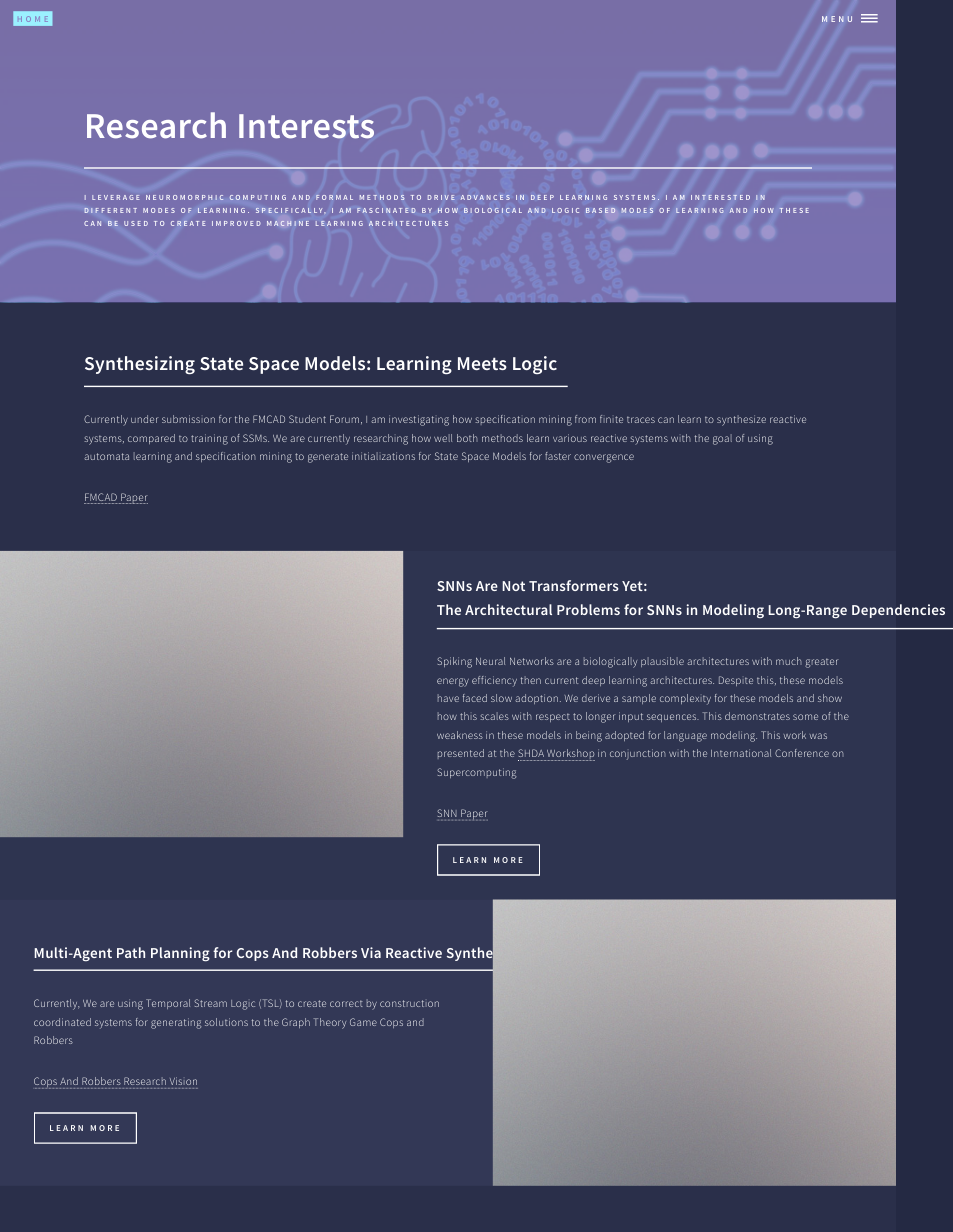
Repository: wfishell/wfishell.github.io
Page: landing.html
These files come from the project's save history. The page is drawn as it stood at one moment and after the next save; the edit follows.
The browser window is 1280 px wide. The page is 1362 px wide, so the pictures cover 1362 px, including what lies to the right of the window. The pictures show the part of the page from y = 0 to 1760 px (the page is 2798 px tall), at 70% of full size.

Above is the page before, as saved 2025-11-01 17:02:07.

### landing.html
<!DOCTYPE HTML>
<!--
	Forty by HTML5 UP
	html5up.net | @ajlkn
	Free for personal and commercial use under the CCA 3.0 license (html5up.net/license)
-->
<html>
	<head>
		<title>Researchs</title>
		<meta charset="utf-8" />
		<meta name="viewport" content="width=device-width, initial-scale=1, user-scalable=no" />
		<link rel="stylesheet" href="assets/css/main.css" />
		<noscript><link rel="stylesheet" href="assets/css/noscript.css" /></noscript>
	</head>
	<body class="is-preload">

		<!-- Wrapper -->
			<div id="wrapper">

				<!-- Header -->
				<!-- Note: The "styleN" class below should match that of the banner element. -->
					<header id="header" class="alt style2">
						<a href="index.html" class="logo"><strong>Home</strong></a>
						<nav>
							<a href="#menu">Menu</a>
						</nav>
					</header>

				<!-- Menu -->
					<nav id="menu">
						<ul class="links">
							<li><a href="index.html">Home</a></li>
							<li><a href="landing.html">Research</a></li>
							<li><a href="generic.html">Projects</a></li>
							<li><a href="elements.html">Music & Other Interests</a></li>
						</ul>
						<ul class="actions stacked">
							<li><a href="#" class="button primary fit">Get Started</a></li>
							<li><a href="#" class="button fit">Log In</a></li>
						</ul>
					</nav>

				<!-- Banner -->
				<!-- Note: The "styleN" class below should match that of the header element. -->
					<section id="banner" class="style2">
						<div class="inner">
							<span class="image">
								  <img src="./Attachments/Neuromorphic.png" alt="Neuromorphic research" />
								</span>
							<header class="major">
								<h1>Research Interests</h1>

							</header>
							<div class="content">
								<p>I leverage neuromorphic computing and formal methods to drive advances in deep learning systems. I am interested in different modes of learning. Specifically, I am fascinated by how biological and logic based modes of learning and how these can be used
								to create improved machine learning architectures</p>
							</div>
						</div>
					</section>

				<!-- Main -->
					<div id="main">

						<!-- One -->
							<section id="one">
								<div class="inner">
									<header class="major">
										<h2>Synthesizing State Space Models: Learning Meets Logic</h2>
									</header>
									<p>Currently under submission for the FMCAD Student Forum, I am investigating how specification mining from finite traces can learn to synthesize reactive systems, compared to training of SSMs.
										We are currently researching how well both methods learn various reactive systems with the goal of using automata learning and specification mining to generate initializations for State
										Space Models for faster convergence</p>

									 <p>
									      <a href="./Attachments/FMCAD_2025_paper_100.pdf" target="_blank" download>FMCAD Paper</a>
									</p>
								</div>
							</section>

						<!-- Two -->
							<section id="two" class="spotlights">
								<section>
									<a href="#" class="image">
										<img src="images/pic01.jpg" alt="" data-position="top center" />
									</a>
									<div class="content">
										<div class="inner">
											<header class="major">
												<h3>SNNs Are Not Transformers Yet:<br> The Architectural Problems for SNNs in Modeling Long-Range Dependencies</h3>

											</header>
											<p>Spiking Neural Networks are a biologically plausible architectures with much greater energy efficiency then current deep learning architectures. Despite this,
											these models have faced slow adoption. We derive a sample complexity for these models and show how this scales with respect
											to longer input sequences. This demonstrates some of the weakness in these models in being adopted for language modeling. This work was presented at the
											<a href="https://shda-workshop.github.io/" target="_blank" rel="noopener">SHDA Workshop</a> in conjunction with the International Conference on Supercomputing </p>

											<p>
											      <a href="./Attachments/SNNs_Are_Not_Transformers__Yet.pdf" target="_blank" download>SNN Paper</a>
											</p>
											<ul class="actions">
												<li><a href="generic.html" class="button">Learn more</a></li>
											</ul>
										</div>
									</div>
								</section>
								<section>
									<a href="#" class="image">
										<img src="images/pic01.jpg" alt="" data-position="top center" />
									</a>
									<div class="content">
										<div class="inner">
											<header class="major">
												<h3>Multi-Agent Path Planning for Cops And Robbers Via Reactive Synthesis</h3>
											</header>
											<p>Currently, We are using Temporal Stream Logic (TSL) to create correct by construction coordinated systems for generating solutions to the Graph Theory Game Cops and Robbers</p>
											<p>
											<a href="./Attachments/CopsAndRobbers_ResearchVision.pdf" target="_blank" download>Cops And Robbers Research Vision</a>
											</p>
											<ul class="actions">
												<li><a href="generic.html" class="button">Learn more</a></li>
											</ul>
										</div>
									</div>
								</section>

							</section>

							<section id="three">
								<div class="inner">
									<header class="major">
										<h2>Getting in Contact!</h2>
									</header>
									<p>If you are interested in collaberating on research in the Neuromorphic Computing or Formal Methods world, please reach out! I am applying for PhDs and Full time positions starting in after the 2025-2026 academic year. My resume is available upon request. If you would like to message me, please reach out via Linkedin or via email. Subject line emails "Interested in Connecting, Found Your Website"</p>
									<ul class="actions">
										<li><a href="generic.html" class="button next">Get Started</a></li>
									</ul>
								</div>
							</section>

					</div>

				<!-- Contact -->
					<section id="contact">
						<div class="inner">
							<section>
								<form method="post" action="#">
									<div class="fields">
										<div class="field half">
											<label for="name">Name</label>
											<input type="text" name="name" id="name" />
										</div>
										<div class="field half">
											<label for="email">Email</label>
											<input type="text" name="email" id="email" />
										</div>
										<div class="field">
											<label for="message">Message</label>
											<textarea name="message" id="message" rows="6"></textarea>
										</div>
									</div>
									<ul class="actions">
										<li><input type="submit" value="Send Message" class="primary" /></li>
										<li><input type="reset" value="Clear" /></li>
									</ul>
								</form>
							</section>
							<section class="split">
								<section>
									<div class="contact-method">
										<span class="icon solid alt fa-envelope"></span>
										<h3>Email</h3>
										<a href="mailto:wf2322@columbia.edu">wf2322@columbia.edu</a>

									</div>
								</section>
								<section>
									<div class="contact-method">
										<span class="icon solid alt fa-phone"></span>
										<h3>LinkedIn</h3>
										<a href="https://www.linkedin.com/in/will-fishell-866575167/" target="_blank" rel="noopener">William Fishell Linkedin</a>
									</div>
								</section>

							</section>
						</div>
					</section>

				<!-- Footer -->
					<footer id="footer">
						<div class="inner">
							<ul class="icons">
								<li><a href="https://github.com/wfishell" class="icon brands alt fa-github"><span class="label">GitHub</span></a></li>
							</ul>
							<ul class="copyright">
								<li>&copy; Untitled</li><li>Design: <a href="https://html5up.net">HTML5 UP</a></li>
							</ul>
						</div>
					</footer>

			</div>

		<!-- Scripts -->
			<script src="assets/js/jquery.min.js"></script>
			<script src="assets/js/jquery.scrolly.min.js"></script>
			<script src="assets/js/jquery.scrollex.min.js"></script>
			<script src="assets/js/browser.min.js"></script>
			<script src="assets/js/breakpoints.min.js"></script>
			<script src="assets/js/util.js"></script>
			<script src="assets/js/main.js"></script>

	</body>
</html>

Loaded but not shown: assets/js/jquery.min.js (library); assets/js/jquery.scrolly.min.js (common file); assets/css/fontawesome-all.min.css (library); assets/js/jquery.scrollex.min.js (common file); assets/js/browser.min.js (common file); assets/js/breakpoints.min.js (common file); assets/js/util.js (587 lines, source omitted); assets/js/main.js (335 lines, source omitted); assets/css/main.css (3969 lines, source omitted)

After the next save:
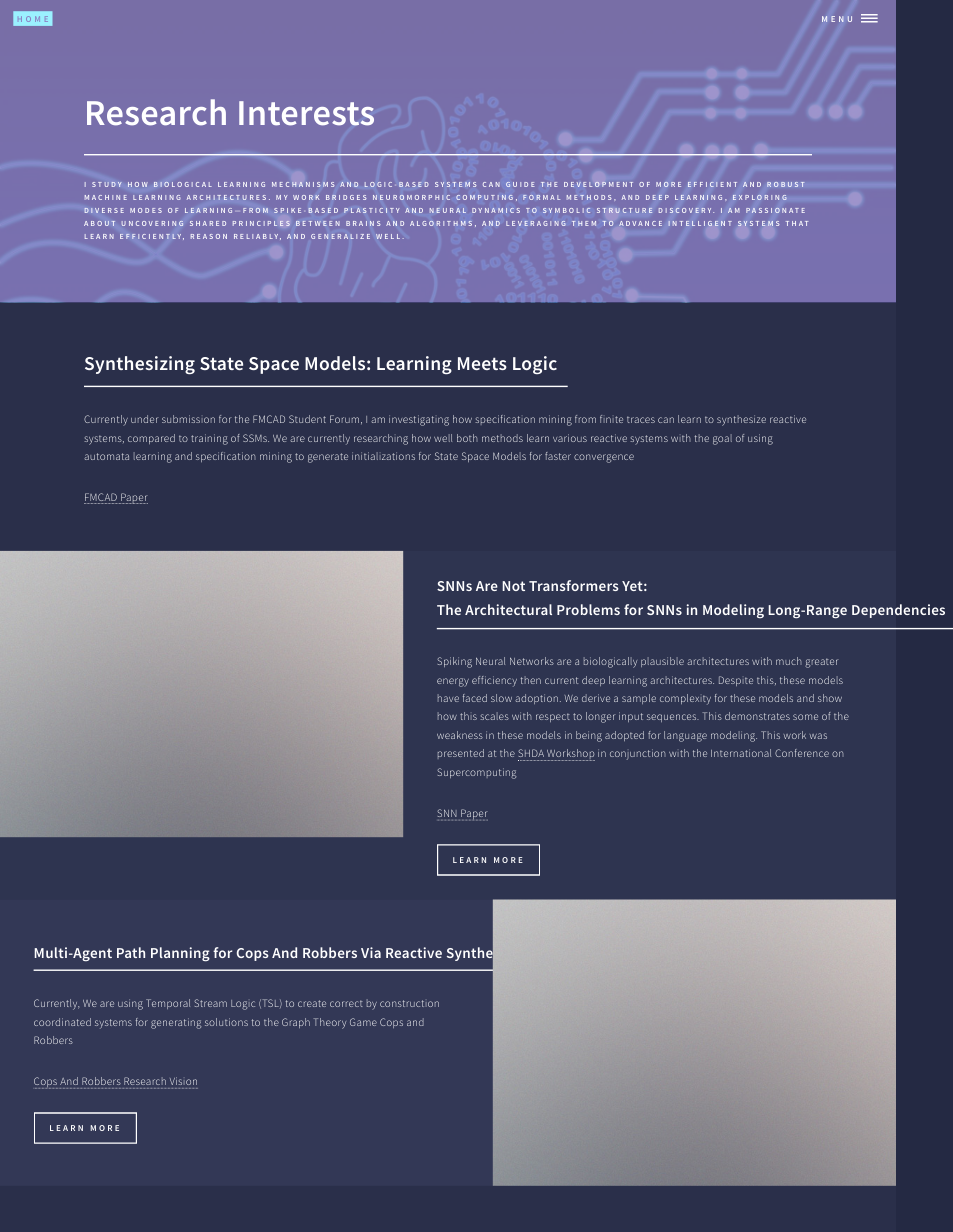
Saved 31 s later.
--- a/landing.html
+++ b/landing.html
@@ -52,8 +52,7 @@
 
 							</header>
 							<div class="content">
-								<p>I leverage neuromorphic computing and formal methods to drive advances in deep learning systems. I am interested in different modes of learning. Specifically, I am fascinated by how biological and logic based modes of learning and how these can be used
-								to create improved machine learning architectures</p>
+								<p>I study how biological learning mechanisms and logic-based systems can guide the development of more efficient and robust machine learning architectures. My work bridges neuromorphic computing, formal methods, and deep learning, exploring diverse modes of learning—from spike-based plasticity and neural dynamics to symbolic structure discovery. I am passionate about uncovering shared principles between brains and algorithms, and leveraging them to advance intelligent systems that learn efficiently, reason reliably, and generalize well.</p>
 							</div>
 						</div>
 					</section>
